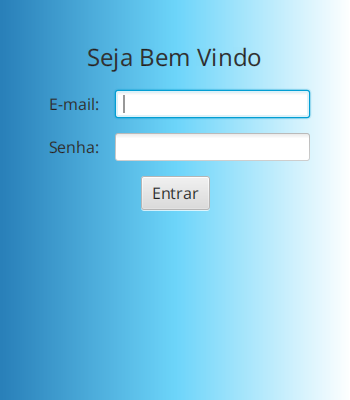
Repository: vitmac1/eclipse-workspace-project
Program's window: java exercicios-javafx/src/fxml/AppFXML.java
An editor plug-in stored every save of this project. The program's window is shown before and after the next save, followed by the edit.
It runs on Java 21 on a 1366 x 768 screen with JavaFX 11; the title bar is not drawn.

Above is the program's window before, as saved 2022-10-21 20:02:55.

### exercicios-javafx/src/fxml/AppFXML.java
package fxml;

import java.net.URL;

import javafx.application.Application;
import javafx.fxml.FXMLLoader;
import javafx.scene.Scene;
import javafx.scene.layout.GridPane;
import javafx.stage.Stage;

public class AppFXML extends Application{

	@Override
	public void start(Stage primaryStage) throws Exception {
		String arquivoCSS = getClass().getResource("/fxml/Login.css").toExternalForm();
		URL arquivoFXML = getClass().getResource("/fxml/Login.fxml");
		GridPane raiz = FXMLLoader.load(arquivoFXML);

		Scene cena = new Scene(raiz, 350, 400);
		cena.getStylesheets().add(arquivoCSS);

		primaryStage.setResizable(false);
		primaryStage.setTitle("Tela Login");
		primaryStage.setScene(cena);
		primaryStage.show();
	}

	public static void main(String[] args) { launch(args); }
}

### exercicios-javafx/src/layout/Caixa.java
package layout;

import javafx.geometry.Pos;
import javafx.scene.control.Label;
import javafx.scene.layout.Background;
import javafx.scene.layout.BackgroundFill;
import javafx.scene.layout.CornerRadii;
import javafx.scene.layout.HBox;
import javafx.scene.paint.Color;
import javafx.scene.text.Font;

public class Caixa extends HBox{

	private static int i = 0;

	private String[] cores =
	{
		"#c33c5e", "#39aac6", "#28d79a",
		"#fb750e", "#6657a8", "#f9060e"
	};

	public Caixa() {
		this(100, 100);
	}

	public Caixa(int largura, int altura) {
		setAlignment(Pos.CENTER);

		setMinWidth(largura);
		setMinHeight(altura);

		BackgroundFill fill = new BackgroundFill(
				Color.web(cores[i]), CornerRadii.EMPTY, javafx.geometry.Insets.EMPTY);
		setBackground(new Background(fill));

		i++;
		if (i == 6)i = 0;

	}

	public Caixa comTexto(String texto) {
		Label label = new Label(texto);
		label.setFont(new Font(24));
		getChildren().add(label);
		return this;
	}
}

### exercicios-javafx/src/fxml/LoginControlador.java
package fxml;

import javafx.fxml.FXML;
import javafx.scene.control.TextField;
import javafx.scene.control.PasswordField;

public class LoginControlador {

	@FXML
	private TextField campoEmail;

	@FXML
	private PasswordField campoSenha;

	public void entrar() {
		System.out.println(campoEmail.getText());
		System.out.println(campoSenha.getText());
	}

}

### exercicios-javafx/src/fxml/Login.fxml
<?xml version="1.0" encoding="UTF-8"?>

<?import javafx.geometry.Insets?>
<?import javafx.scene.layout.*?>
<?import javafx.scene.control.*?>
<?import layout.Caixa?>

<GridPane xmlns:fx="http://javafx.com/fxml/1"
	fx:controller="fxml.LoginControlador"
	styleClass="login" hgap="15" vgap="15">

	<padding>
		<Insets left="40" right="40" top="40"/>
	</padding>

	<columnConstraints>
		<ColumnConstraints minWidth="60" prefWidth="60"
			halignment="right"/>
		<ColumnConstraints prefWidth="200" maxWidth="Infinity"
			hgrow="ALWAYS"/>
	</columnConstraints>

	<Label text="Seja Bem Vindo"
		styleClass="login-titulo"
		GridPane.columnIndex="0" GridPane.rowIndex="0"
		GridPane.columnSpan="2" GridPane.halignment="CENTER"></Label>

	<Label text="E-mail:"
		styleClass="login-form-label"
		GridPane.columnIndex="0" GridPane.rowIndex="1"></Label>
	<TextField fx:id="campoEmail"
		GridPane.columnIndex="1" GridPane.rowIndex="1"></TextField>

	<Label text="Senha:"
		styleClass="login-form-label"
		GridPane.columnIndex="0" GridPane.rowIndex="2"></Label>
	<PasswordField fx:id="campoSenha"
		GridPane.columnIndex="1" GridPane.rowIndex="2"></PasswordField>

	<Button text="Entrar"
		styleClass="login-form-botao"
		GridPane.columnIndex="0" GridPane.rowIndex="3"
		GridPane.columnSpan="2" GridPane.halignment="CENTER"
		onAction="#entrar">
	</Button>

</GridPane>

### exercicios-javafx/src/fxml/Login.css
.login {
	-fx-background-color: linear-gradient(to right, rgb(41, 128, 185), rgb(109, 213, 250), rgb(255, 255, 255));
}

.login-titulo{
	-fx-font-size: 24px;
	-fx-font-fill: #FFF;
}

.login-form-label{
	-fx-font-size: 16px;
	-fx-font-fill: #FFF;
}

.login-form-botao{
	-fx-font-size: 16px;
}

After the next save:
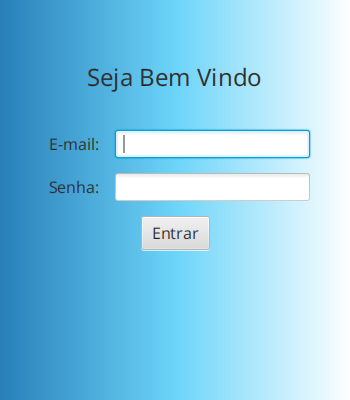
Saved 2 min 7 s later.
--- a/exercicios-javafx/src/fxml/Login.fxml
+++ b/exercicios-javafx/src/fxml/Login.fxml
@@ -4,6 +4,7 @@
 <?import javafx.scene.layout.*?>
 <?import javafx.scene.control.*?>
 <?import layout.Caixa?>
+<?import java.lang.Object?>
 
 <GridPane xmlns:fx="http://javafx.com/fxml/1"
 	fx:controller="fxml.LoginControlador"
@@ -23,7 +24,12 @@
 	<Label text="Seja Bem Vindo"
 		styleClass="login-titulo"
 		GridPane.columnIndex="0" GridPane.rowIndex="0"
-		GridPane.columnSpan="2" GridPane.halignment="CENTER"></Label>
+		GridPane.columnSpan="2" GridPane.halignment="CENTER">
+
+		<GridPane.margin>
+			<Insets top="20" bottom="20"/>
+ 		</GridPane.margin>
+	</Label>
 
 	<Label text="E-mail:"
 		styleClass="login-form-label"
